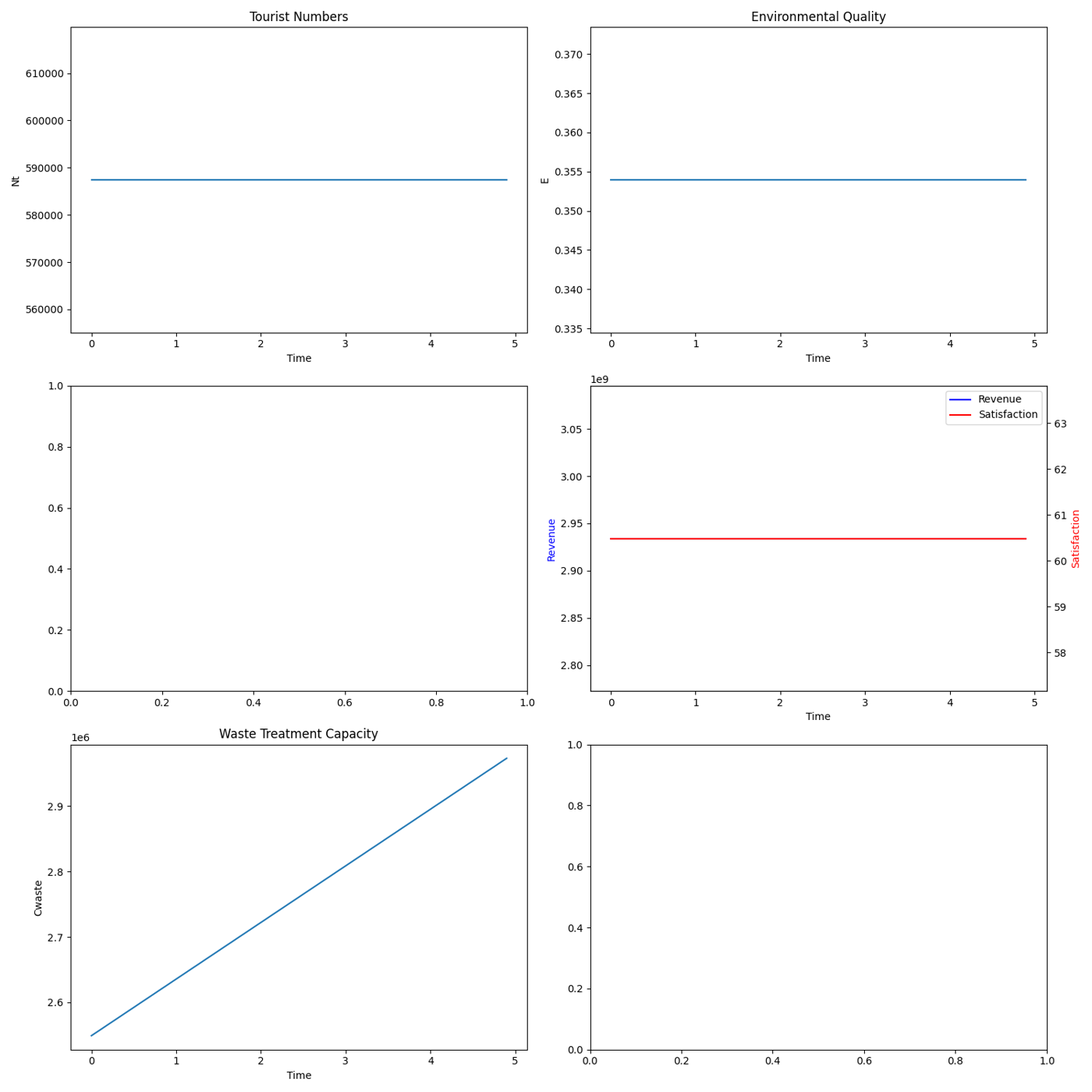
Repository: Kevinye0116/MCM
Script's output: python Coding/trial4.py
The author's editor kept a copy of each file at every save. The script's output is drawn from the files as they stood at one save, then again after the next save.
The pictures are shown at 78% of full size.
Figures wider than 1,400 px are first shrunk to that width. Random numbers start from a fixed seed.

Above is the script's output before, as saved 2025-01-25 22:43:54.

After the next save:
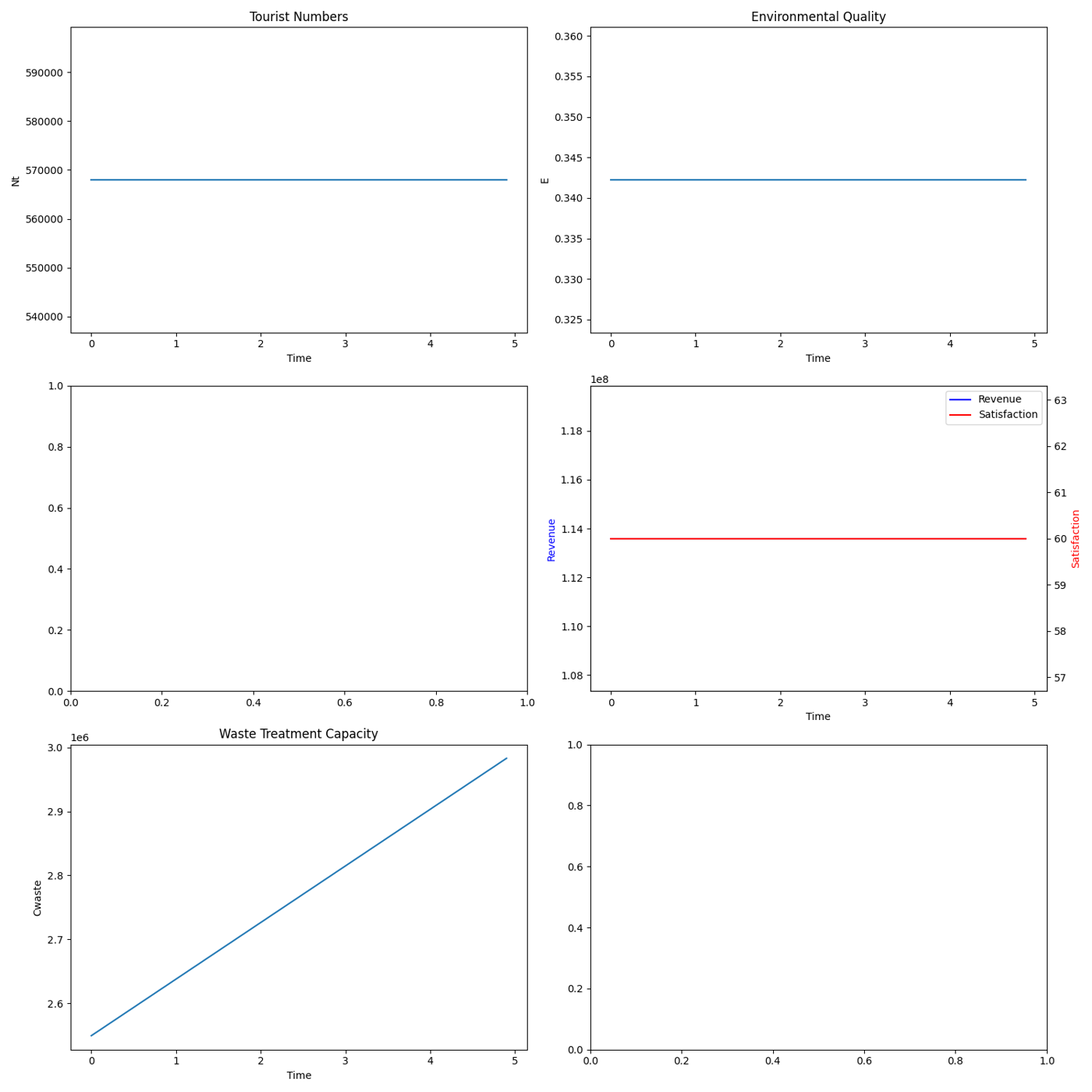
Saved 2 min 36 s later.
--- a/Coding/trial4.py
+++ b/Coding/trial4.py
@@ -46,18 +46,18 @@
 
     def calculate_revenue(self, x: np.ndarray) -> float:
         """计算总收入"""
-        Nt, tau_t, Pt = x
-        return Pt * Nt
+        Nt, tau_t, _ = x
+        return 200 * Nt
 
     def calculate_social_satisfaction(self, x: np.ndarray) -> float:
         """计算社会满意度"""
-        Nt, tau_t, Pt = x
+        Nt, tau_t, _ = x
         S_residents = self.a1 * Nt * Nt + self.a2 * Nt + self.b1
         return np.clip(S_residents, 0, 100)
 
     def calculate_environmental_quality(self, x: np.ndarray) -> float:
         """计算环境质量指数"""
-        Nt, tau_t, Pt = x
+        Nt, tau_t, _ = x
         return (
             self.k1 * self.CO2p * Nt / self.CO2_max
             + self.k2 * Nt / self.Cwaste
@@ -81,16 +81,16 @@
 
     def constraints(self, x: np.ndarray) -> List[float]:
         """检查所有约束条件"""
-        Nt, tau_t, Pt = x
+        Nt, tau_t, _ = x
         return [
             self.Nt_max - Nt,  # 游客数量上限约束
             self.tau_max - tau_t,  # 旅游税上限约束
-            self.Pt_max - Pt,  # 消费上限约束
+            self.Pt_max - _,  # 消费上限约束
             self.CO2_max - Nt * self.CO2p,  # 碳排放约束
             self.a1 * Nt * Nt + self.a2 * Nt + self.b1 - 60,  # 居民满意度最低要求
             Nt,  # 游客数量非负
             tau_t,  # 旅游税非负
-            Pt,  # 消费非负
+            _,  # 消费非负
         ]
 
     def is_feasible(self, x: np.ndarray) -> bool:
@@ -99,7 +99,7 @@
 
     def optimize(self) -> tuple:
         """使用差分进化算法进行单目标优化"""
-        bounds = [(0, self.Nt_max), (0, self.tau_max), (0, self.Pt_max)]
+        bounds = [(0, self.Nt_max), (0, self.tau_max), (200, 200)]
 
         result = differential_evolution(
             self.objective_function,

After the save that followed:
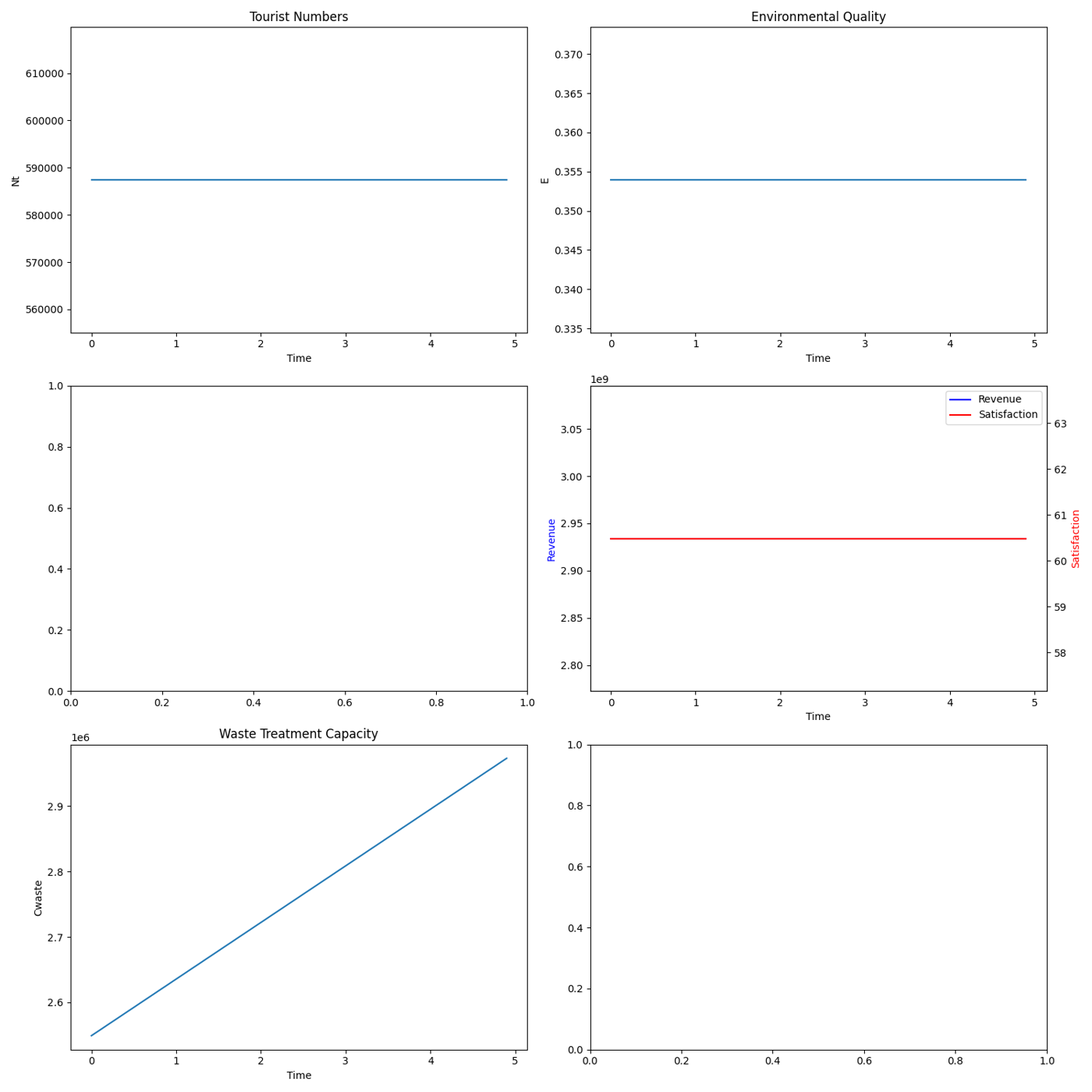
Saved 17 s later.
--- a/Coding/trial4.py
+++ b/Coding/trial4.py
@@ -46,18 +46,18 @@
 
     def calculate_revenue(self, x: np.ndarray) -> float:
         """计算总收入"""
-        Nt, tau_t, _ = x
-        return 200 * Nt
+        Nt, tau_t, Pt = x
+        return Pt * Nt
 
     def calculate_social_satisfaction(self, x: np.ndarray) -> float:
         """计算社会满意度"""
-        Nt, tau_t, _ = x
+        Nt, tau_t, Pt = x
         S_residents = self.a1 * Nt * Nt + self.a2 * Nt + self.b1
         return np.clip(S_residents, 0, 100)
 
     def calculate_environmental_quality(self, x: np.ndarray) -> float:
         """计算环境质量指数"""
-        Nt, tau_t, _ = x
+        Nt, tau_t, Pt = x
         return (
             self.k1 * self.CO2p * Nt / self.CO2_max
             + self.k2 * Nt / self.Cwaste
@@ -81,16 +81,16 @@
 
     def constraints(self, x: np.ndarray) -> List[float]:
         """检查所有约束条件"""
-        Nt, tau_t, _ = x
+        Nt, tau_t, Pt = x
         return [
             self.Nt_max - Nt,  # 游客数量上限约束
             self.tau_max - tau_t,  # 旅游税上限约束
-            self.Pt_max - _,  # 消费上限约束
+            self.Pt_max - Pt,  # 消费上限约束
             self.CO2_max - Nt * self.CO2p,  # 碳排放约束
             self.a1 * Nt * Nt + self.a2 * Nt + self.b1 - 60,  # 居民满意度最低要求
             Nt,  # 游客数量非负
             tau_t,  # 旅游税非负
-            _,  # 消费非负
+            Pt,  # 消费非负
         ]
 
     def is_feasible(self, x: np.ndarray) -> bool:
@@ -99,7 +99,7 @@
 
     def optimize(self) -> tuple:
         """使用差分进化算法进行单目标优化"""
-        bounds = [(0, self.Nt_max), (0, self.tau_max), (200, 200)]
+        bounds = [(0, self.Nt_max), (0, self.tau_max), (0, self.Pt_max)]
 
         result = differential_evolution(
             self.objective_function,
